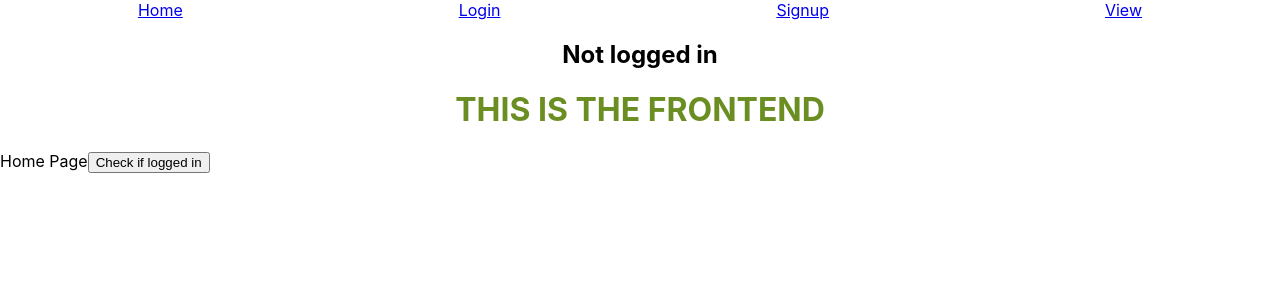
Repository: MikeTroianello/SuPro
Page: / (app in frontend/)
An editor plug-in stored every save of this project. The page is shown before and after the next save, followed by the edit.
The browser window is 1280 px wide. The pictures show the whole page.
The project was rebuilt for these pictures with package versions that can differ from the ones it lists, and the page was loaded fresh each time. A package was used in the major version that the imports need, not the one package.json lists. Also part of the build but not shown: frontend/src/components/auth/auth-service.js, frontend/src/components/Login.js, frontend/src/components/Signup.js, frontend/src/components/Create.js, frontend/src/components/View.js.

Above is the page before, as saved 2019-10-25 09:58:33.

### frontend/src/index.js
import React from 'react';
import ReactDOM from 'react-dom';
import './index.css';
import App from './App';
import * as serviceWorker from './serviceWorker';
import { Router } from 'react-router-dom';

ReactDOM.render(<App />, document.getElementById('root'));

// If you want your app to work offline and load faster, you can change
// unregister() to register() below. Note this comes with some pitfalls.
// Learn more about service workers: https://bit.ly/CRA-PWA
serviceWorker.unregister();

### frontend/src/App.js
import React from 'react';
import { BrowserRouter as Router, Route, Switch } from 'react-router-dom';

import axios from 'axios';

import Home from './components/Home';
import Login from './components/Login';
import Signup from './components/Signup';
import Create from './components/Create';
import View from './components/View';
import Navbar from './components/Navbar';

import './App.css';

class App extends React.Component {
  state = {
    username: null,
    message: 'Not logged in'
  };

  componentDidMount() {
    console.log(
      'TESTING LOCAL STORAGE',
      JSON.parse(localStorage.getItem('user'))
    );

    let storedUser = JSON.parse(localStorage.getItem('user'));

    if (storedUser) {
      this.setState({
        username: storedUser.username,
        message: `Hello ${storedUser.username}`
      });

      // this.login(storedUser);
    }
  }

  setUser = () => {
    console.log('SETTING USER');
    let storedUser = JSON.parse(localStorage.getItem('user'));

    this.setState({
      username: storedUser.username,
      message: `Hello ${storedUser.username}`
    });
  };

  login = storedUser => {
    console.log('LOGIN');
    axios
      .get(`http://localhost:5000/login`, {
        theUser: storedUser,
        withCredentials: true
      })
      .then(result => {
        console.log(result.data);
        // if (result.data.user) {
        this.setState(
          {
            user: result.data.user || null,
            message: result.data.message
          },
          () => {
            console.log('-=-=-=-=-=-=-=-=-=-=-=-=-=-=-=-', this.state);
          }
        );
      });
  };

  logout = e => {
    e.preventDefault();
    console.log('LOGGING OUT');
    axios.post('http://localhost:5000/logout').then(result => {
      console.log(result);
      this.setState({
        username: null,
        message: result.data.message
      });
      localStorage.removeItem('user');
    });
  };

  render() {
    console.log(this.state.user);
    return (
      <Router>
        <div className='App'>
          <Navbar info={this.state} logout={this.logout} />
          <h1 className='frontend'>THIS IS THE FRONTEND</h1>
        </div>
        <Switch>
          <Route exact path='/' component={Home} />
          <Route
            exact
            path='/signup'
            render={props => <Signup {...props} setUser={this.setUser} />}
          />
          <Route
            exact
            path='/login'
            render={props => <Login {...props} setUser={this.setUser} />}
          />
          <Route exact path='/create' component={Create} />
          <Route exact path='/view' component={View} />
        </Switch>
      </Router>
    );
  }
}

export default App;

### frontend/src/components/Home.js
import React, { Component } from 'react';
import axios from 'axios';

export default class Home extends Component {
  checkIfLoggedIn = () => {
    axios.get('http://localhost:5000/isLoggedIn').then(results => {
      console.log('this is what came back:', results);
    });
  };

  render() {
    return (
      <div>
        Home Page
        <button onClick={this.checkIfLoggedIn}>Check if logged in</button>
      </div>
    );
  }
}

### frontend/src/components/Navbar.js
import React from 'react';
import { Link } from 'react-router-dom';

export default function Navbar(props) {
  console.log('NAVBAR CONSOLE LOG', props.info);
  return (
    <div>
      <div className='navbar'>
        <div>
          <Link to='/'>Home</Link>
        </div>
        {!props.info.username && (
          <div>
            <Link to='/login'>Login</Link>
          </div>
        )}
        {!props.info.username && (
          <div>
            <Link to='/signup'>Signup</Link>
          </div>
        )}
        {props.info.username && (
          <div>
            <Link to='/create'>Create</Link>
          </div>
        )}
        <div>
          <Link to='/view'>View</Link>
        </div>
        {props.info.username && (
          <Link to='/' onClick={props.logout}>
            Logout
          </Link>
        )}
      </div>
      <h2>{props.info.message}</h2>
    </div>
  );
}

### frontend/src/App.css
.App {
  text-align: center;
}

.App-logo {
  height: 40vmin;
}

.App-header {
  background-color: #282c34;
  min-height: 100vh;
  display: flex;
  flex-direction: column;
  align-items: center;
  justify-content: center;
  font-size: calc(10px + 2vmin);
  color: white;
}

.App-link {
  color: #09d3ac;
}

.navbar {
  display: flex;
  justify-content: space-around;
}

.frontend {
  color:olivedrab
}

Loaded but not shown: frontend/public/index.html (common file); frontend/src/index.css (common file); frontend/src/serviceWorker.js (common file)

After the next save:
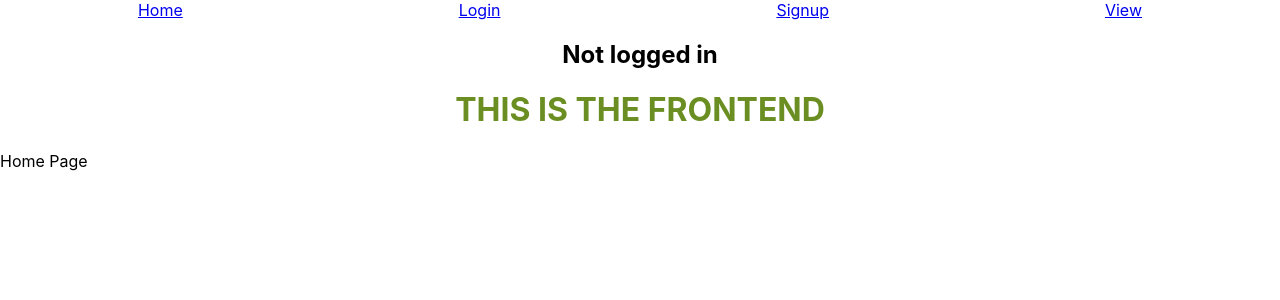
Saved 106 s later.
--- a/frontend/src/components/Home.js
+++ b/frontend/src/components/Home.js
@@ -2,17 +2,17 @@
 import axios from 'axios';
 
 export default class Home extends Component {
-  checkIfLoggedIn = () => {
-    axios.get('http://localhost:5000/isLoggedIn').then(results => {
-      console.log('this is what came back:', results);
-    });
-  };
+  // checkIfLoggedIn = () => {
+  //   axios.get('http://localhost:5000/isLoggedIn').then(results => {
+  //     console.log('this is what came back:', results);
+  //   });
+  // };
 
   render() {
     return (
       <div>
         Home Page
-        <button onClick={this.checkIfLoggedIn}>Check if logged in</button>
+        {/* <button onClick={this.checkIfLoggedIn}>Check if logged in</button> */}
       </div>
     );
   }

After the save that followed:
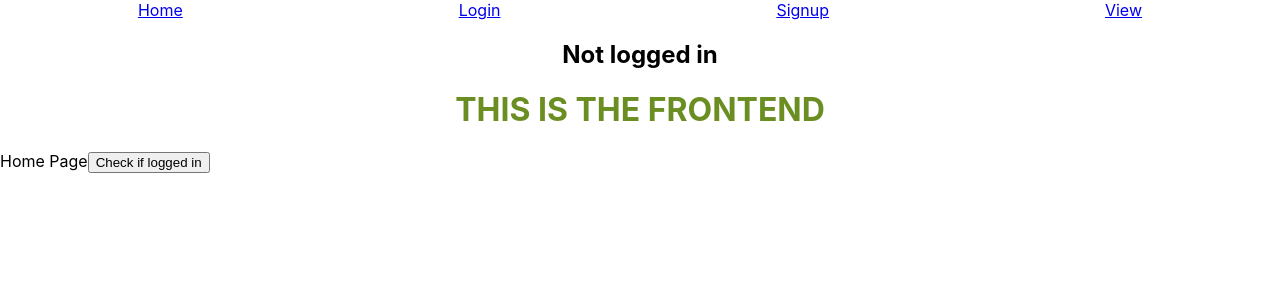
Saved 10 s later.
--- a/frontend/src/components/Home.js
+++ b/frontend/src/components/Home.js
@@ -2,17 +2,17 @@
 import axios from 'axios';
 
 export default class Home extends Component {
-  // checkIfLoggedIn = () => {
-  //   axios.get('http://localhost:5000/isLoggedIn').then(results => {
-  //     console.log('this is what came back:', results);
-  //   });
-  // };
+  checkIfLoggedIn = () => {
+    axios.get('http://localhost:5000/isLoggedIn').then(results => {
+      console.log('this is what came back:', results);
+    });
+  };
 
   render() {
     return (
       <div>
         Home Page
-        {/* <button onClick={this.checkIfLoggedIn}>Check if logged in</button> */}
+        <button onClick={this.checkIfLoggedIn}>Check if logged in</button>
       </div>
     );
   }
